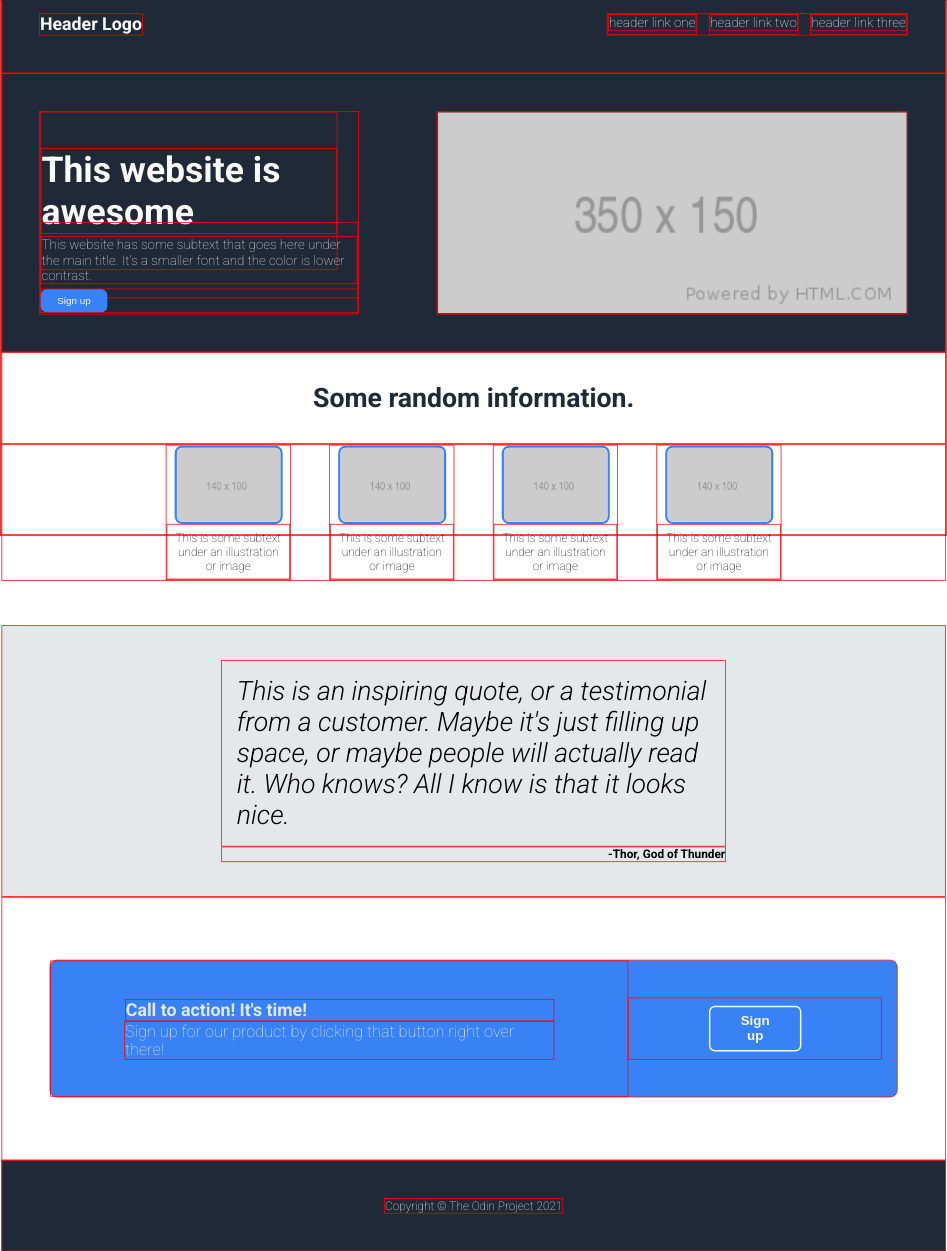
Repository: weazzyefff/The-Landing-Page
Page: index.html
These files come from the project's save history. The page is drawn as it stood at one moment and after the next save; the edit follows.
The browser window is 1280 px wide. The pictures show the whole page, at 74% of full size.

Above is the page before, as saved 2022-11-01 19:42:31.
Not found: index.js

### index.html
<!DOCTYPE html>
<html lang="en">

<head>
  <meta charset="UTF-8">
  <meta name="viewport" content="width=device-width, initial-scale=1.0">
  <meta http-equiv="X-UA-Compatible" content="ie=edge">
  <title>The Landing Page</title>
  <link rel="stylesheet" href="css/styles.css">
  <link rel="preconnect" href="https://fonts.googleapis.com">
  <link rel="preconnect" href="https://fonts.gstatic.com" crossorigin>
  <link href="https://fonts.googleapis.com/css2?family=Roboto:ital,wght@0,100;0,700;1,300&display=swap"
    rel="stylesheet">
</head>

<body>
  <div class="header">
    <div class="icon">
      Header Logo
    </div>
    <ul class="right-links">
      <li><a href="#">header link one</a></li>
      <li><a href="#">header link two</a></li>
      <li><a href="#">header link three</a></li>
    </ul>
  </div>
  <div class="hero-container">
    <div class="hero-left">
      <div class="main-text">
        <p>This website is awesome</p>
      </div>
      <div class="secondary-text">
        <p>This website has some subtext that goes here under the main title. It's a smaller
          font and the color is lower contrast.
        </p>
      </div>
      <div class="button-container">
        <button class="button">Sign up</button>
      </div>
    </div>
    <div class="hero-right">
      <img src="img/350x150.png" class="hero-img" alt="Placeholder image">
    </div>
  </div>
  <div class="title">
    Some random information.
  </div>
  <div class="gallery-container">
    <div class="info">
      <img src="img/140x100.png" alt="Placeholder Image">
      <div class="text">This is some subtext under an illustration or image</div>
    </div>
    <div class="info">
      <img src="img/140x100.png" alt="Placeholder Image">
      <div class="text">This is some subtext under an illustration or image</div>
    </div>
    <div class="info">
      <img src="img/140x100.png" alt="Placeholder Image">
      <div class="text">This is some subtext under an illustration or image</div>
    </div>
    <div class="info">
      <img src="img/140x100.png" alt="Placeholder Image">
      <div class="text">This is some subtext under an illustration or image</div>
    </div>
  </div>
  <div class="quote-container">
    <div class="quote">This is an inspiring quote, or a testimonial from a
      customer. Maybe it's just filling up space, or maybe people will
      actually read it. Who knows? All I know is that it looks nice. </div>
    <div class="quotee">-Thor, God of Thunder</div>
  </div>
  <div class="call-container">
    <div class="inside-container">
      <div class="left-side">
        <p class="top-line">
          Call to action! It's time!
        </p>
        <p class="bottom-line">
          Sign up for our product by clicking that button right over there!
        </p>
      </div>
      <div class="right-side">
        <button>
          Sign up
        </button>
      </div>
    </div>
  </div>
  </div>
  <div class="footer">
    <div class="footerContent">
      Copyright © The Odin Project 2021
    </div>
  </div>
  <script src="index.js"></script>
</body>

</html>

### css/styles.css
* {
    border: 1px solid red;
}

.header,
.footer {
    display: flex;
    justify-content: space-between;
    padding: 50px;
    background-color: #1F2937;
    color: #f9faf8;
}

.header {
    margin-top: -35px
}

.footer {
    font-weight: 200;
    justify-content: center;
}

body {
    display: flex;
    height: 100vh;
    margin: 0;
    font-family: 'Roboto', sans-serif;
    flex-direction: column;
}

ul {
    list-style-type: none;
    display: flex;
    margin: 0;
    padding: 0;
    gap: 16px;
}

.header a {
    text-decoration: none;
    color: #f9faf8;
    font-size: 18px;
}

.icon {
    display: flex;
    font-size: 24px;
    font-weight: 800;
}

.footerContent {
    display: flex;
    justify-content: center;
    align-items: center;
}

.hero-container {
    display: flex;
    justify-content: space-between;
    padding: 50px;
    background-color: #1F2937;
    color: #E5E7EB;
}

.hero-left {
    display: flex;
    flex-direction: column;
    background-color: #1F2937;
    font-size: 18px;
    color: #E5E7EB;
}

.hero-left .main-text {
    font-size: 48px;
    color: #f9faf8;
    font-weight: 800;
}

.main-text {
    width: 400px;
    margin-bottom: -65px;
}

.secondary-text {
    width: 428px;
    margin-bottom: -13px;
}

.hero-right {
    display: flex;
    justify-content: center;
    align-items: center;
}

.hero-img {
    display: flex;
    justify-content: center;
    align-items: center;
    width: 633px;
}

.button {
    background-color: #3882f6;
    color: #f9faf8;
    padding: 8px 16px;
    border-radius: 8px;
    display: flex;
    align-items: center;
    justify-content: center;
    width: 90px;
    border-style: none;

}

.gallery-container {
    display: flex;
    justify-content: center;
    gap: 52px;
    margin-bottom: 60px;

}

.title {
    display: flex;
    justify-content: center;
    font-size: 36px;
    font-weight: 800;
    color: #1f2937;
    padding: 40px;
}

.info {
    display: flex;
    justify-content: center;
    flex-direction: column;
    align-items: center;
}

.info img {
    border-radius: 10px;
    border: 3px solid #3882f6;
}

.text {
    width: 149px;
    text-align: center;
    padding: 8px;
}

.quote-container {
    display: flex;
    flex-direction: column;
    justify-content: center;
    background-color: #E5E7EB;
    padding: 46px 296px;
}

.quote {
    padding: 20px;
    font-size: 36px;
    font-style: italic;
    font-weight: 300;
    margin-bottom: ;
}

.quotee {
    display: flex;
    justify-content: right;
    font-weight: 800;

}

.call-container {
    display: flex;
    flex-shrink: 0;
    padding: 59px 14px;
    justify-content: center;
    color: #E5E7EB;
}

.inside-container {
    display: flex;
    margin: 25px 50px;
    padding: 0px;
    justify-content: center;
    align-items: center;
    border-radius: 10px;
    background-color: #3882f6;
}

.top-line {
    margin-bottom: -22px;
    margin-left: 1px;
    font-size: 24px;
    font-weight: 800;
}

.bottom-line {
    font-size: 22px;
}
.left-side{
    display: flex;
    padding: 27px 99px;
    flex-direction: column;
}
.right-side{
    display: flex;
    padding: 10px 108px;
    margin-right: 20px;

}
.right-side button{
    border: solid 2px #f9faf8;
    padding: 8px 28px;
    font-size: 18px;
    font-weight: 800;
    border-radius: 8px;
    background-color: #3882f6;
    color: #f9faf8;
}
p {
    display: flex;
    justify-content: start;
}

After the next save:
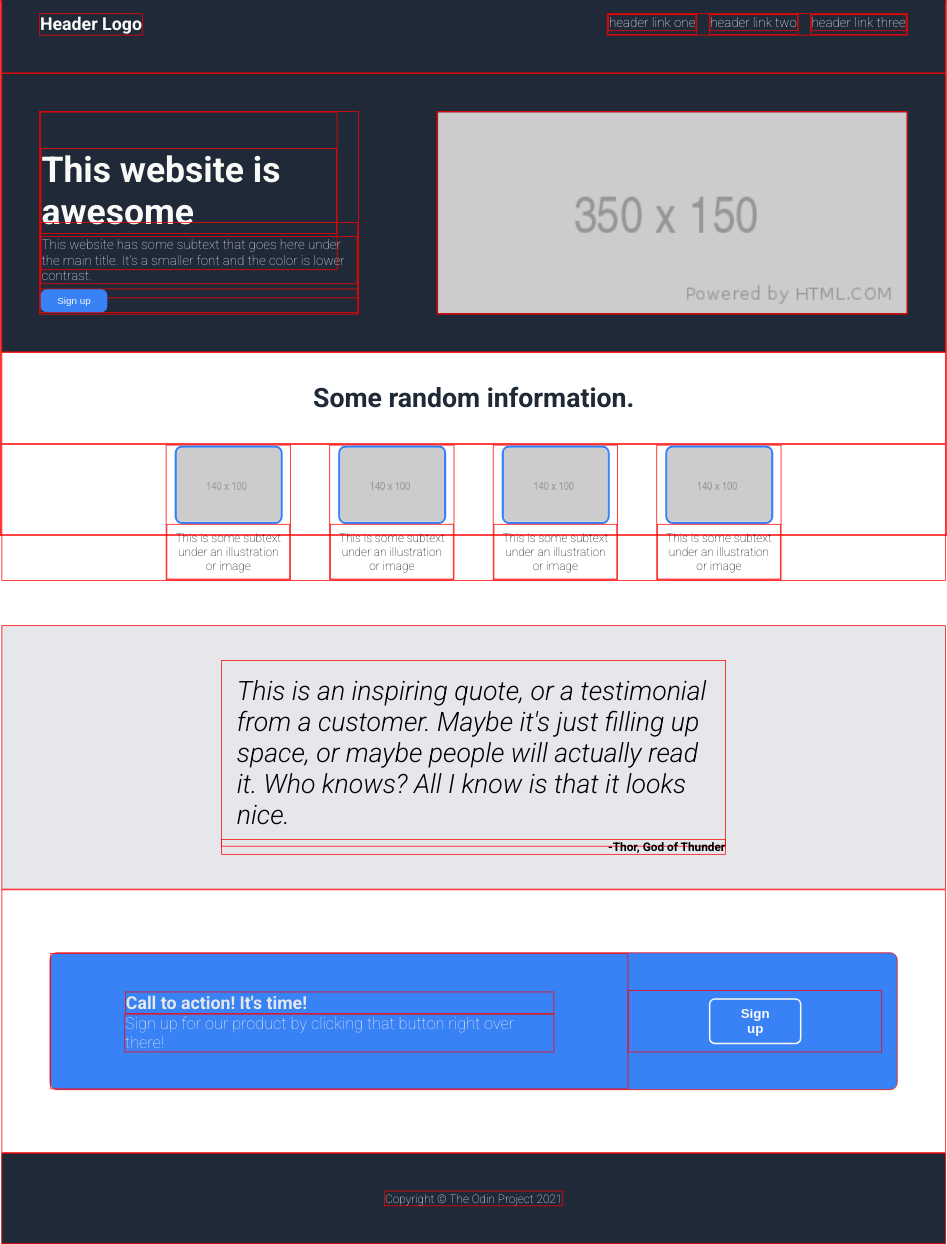
Saved 21 s later.
--- a/css/styles.css
+++ b/css/styles.css
@@ -160,7 +160,7 @@ ul {
     font-size: 36px;
     font-style: italic;
     font-weight: 300;
-    margin-bottom: ;
+    margin-bottom: -10px;
 }
 
 .quotee {
